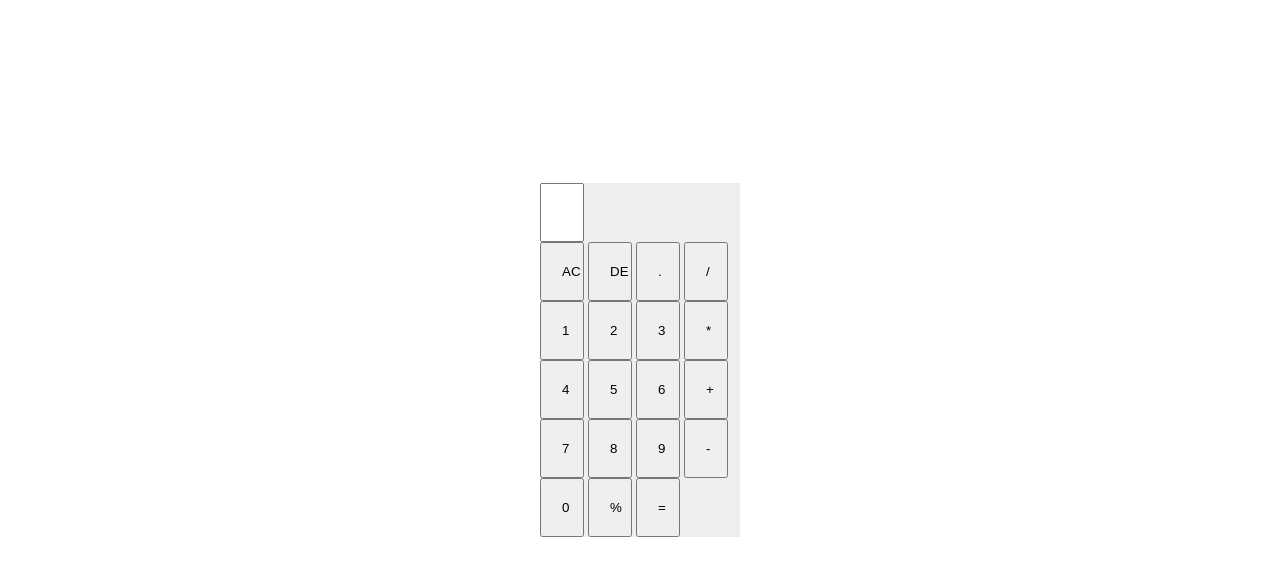
Repository: jerrys-arch/web-calculator
Page: index.html
These files come from the project's save history. The page is drawn as it stood at one moment and after a run of saves; the edit follows.
The browser window is 1280 px wide. The pictures show the whole page.

Above is the page before, as saved 2024-11-30 04:59:43.

### index.html
<!DOCTYPE html>
<html lang="en">
<head>
    <meta charset="UTF-8">
    <meta name="viewport" content="width=device-width, initial-scale=1.0">
    <title>calculator</title>
    <link rel="stylesheet" href="styles.css">
</head>
<body>
    <div class="container">
        <div class="calculator">
            <form>
            <div class="display">
                <input id="display" type="text">
            </div>
            <div>
                <input type="button" value="AC">
                <input type="button" value="DE">
                <input type="button" value=".">
                <input type="button" value="/">
            </div>
            <div>
                <input type="button" value="1">
                <input type="button" value="2">
                <input type="button" value="3">
                <input type="button" value="*">
            </div>
            <div>
                <input type="button" value="4">
                <input type="button" value="5">
                <input type="button" value="6">
                <input type="button" value="+">
            </div>
            <div>
                <input type="button" value="7">
                <input type="button" value="8">
                <input type="button" value="9">
                <input type="button" value="-">
            </div>
            <div>
                <input type="button" value="0">
                <input type="button" value="%">
                <input type="button" value="=">
            </div>
        </form>
        </div>
    </div>
</body>
</html>

### styles.css
*{
    margin:0;
    padding:0;
    box-sizing: border-box;
}

.container{
    display:flex;
    align-items: center;
    justify-content: center;
    height:100vh;

}
.calculator{
    margin:20px;
    width:200px;
    background: #eee;
}
.calculator form input{
    width:20%;
    align-items: center;
    padding: 20px;

}

After the next 3 saves:
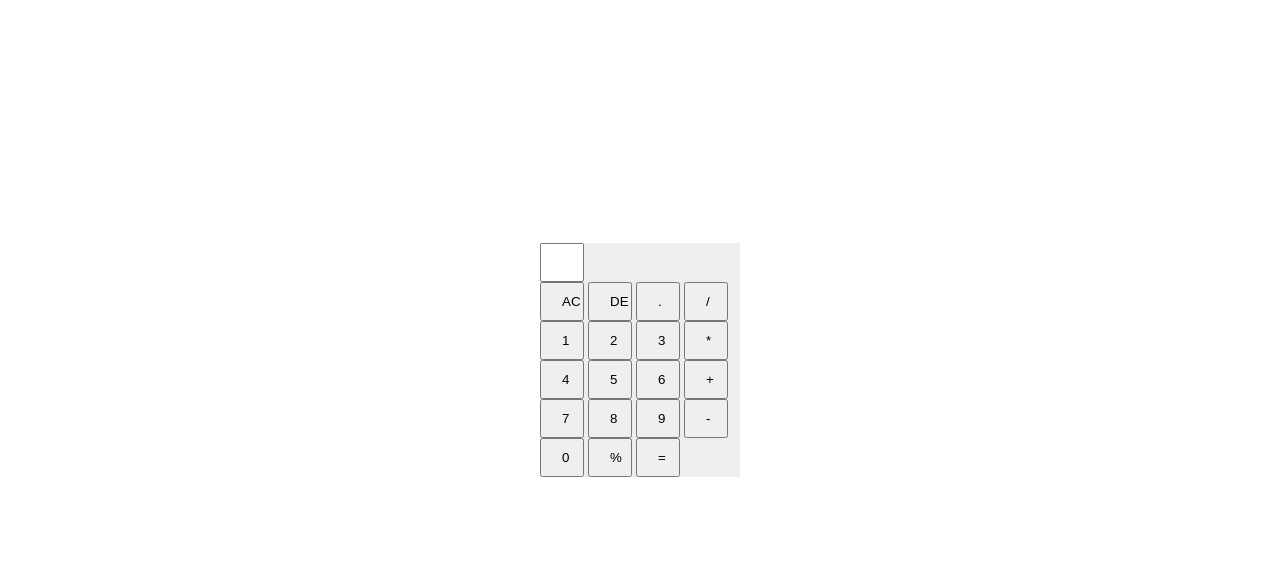
The 3 saves are shown as one change because they came seconds apart.
The last was saved 14 s later.
--- a/styles.css
+++ b/styles.css
@@ -19,6 +19,6 @@
 .calculator form input{
     width:20%;
     align-items: center;
-    padding: 20px;
+    padding: 10px 20px;
 
 }
